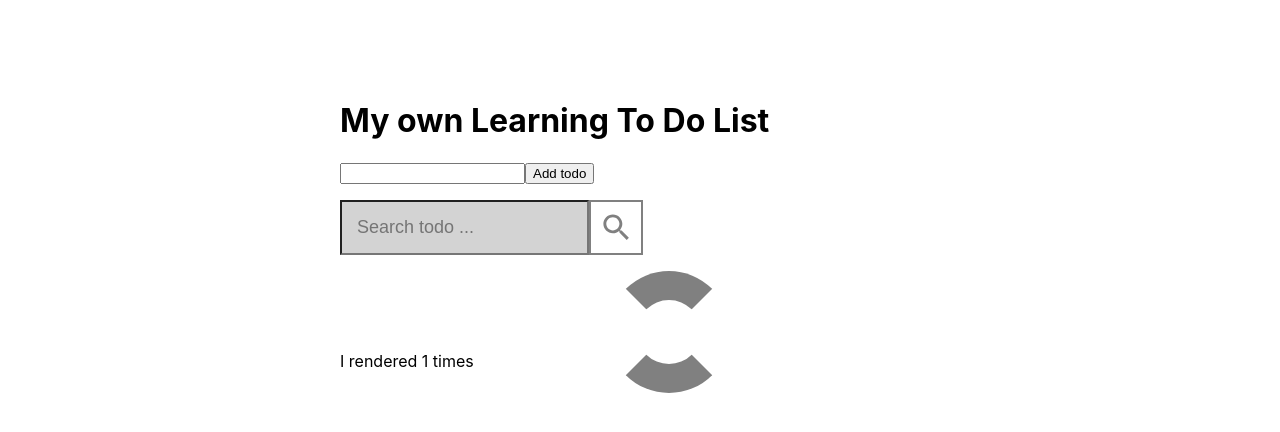
Repository: ArusyakAghajanyan/To-Do
Page: /
These files come from the project's save history. The page is drawn as it stood at one moment and after the next save; the edit follows.
The browser window is 1280 px wide. The pictures show the whole page.
The page's requests for data from a server got no answer. The project was rebuilt for these pictures with package versions that can differ from the ones it lists, and the page was loaded fresh each time. No one was signed in, and anything a server would have sent is missing. Also part of the build but not shown: src/Todo/TodoItem.js, src/Todo/TodoList.js.

Above is the page before, as saved 2022-03-16 15:59:27.

After the next save:
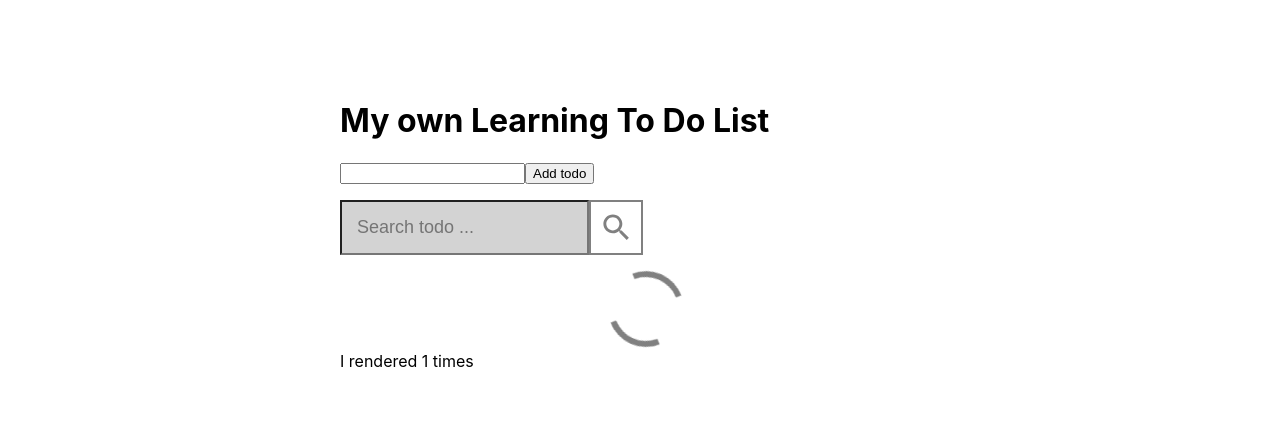
Saved 12 s later.
--- a/src/index.css
+++ b/src/index.css
@@ -40,9 +40,9 @@ code {
   height: 64px;
   margin: 8px;
   border-radius: 50%;
-  border: 29px solid gray;
+  border: 6px solid gray;
   border-color: gray transparent gray transparent;
-
+  animation: lds-dual-ring 1.2s linear infinite;
 }
 @keyframes lds-dual-ring {
   0% {
